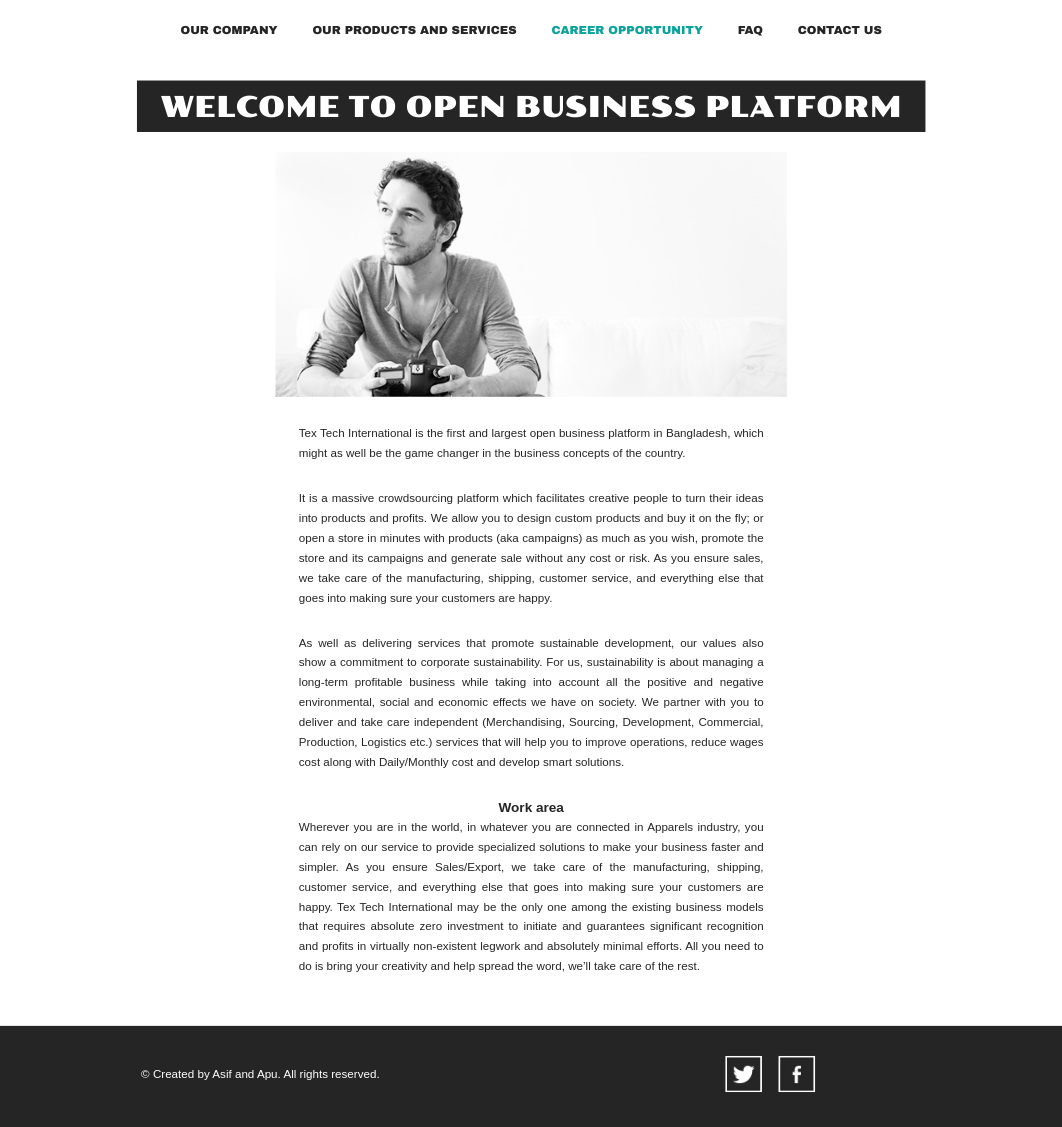
Repository: asifdotpy/textechint
Page: about.html
The author's editor kept a copy of each file at every save. The page is drawn from the files as they stood at one save, then again after the next save.
The browser window is 1280 px wide. The pictures show the whole page, at 83% of full size.

Above is the page before, as saved 2021-02-24 00:48:26.

### about.html
<!doctype html>
<html>
<head>
	<meta charset="UTF-8">
	<meta name="viewport" content="width=device-width, initial-scale=1.0">
	<title>Career Opportunity - Tex Tech International</title>
	<link rel="stylesheet" type="text/css" href="css/style.css">
	<link rel="stylesheet" type="text/css" href="css/mobile.css" media="screen and (max-width : 568px)">
	<script type="text/javascript" src="js/mobile.js"></script>
</head>
<body>
	<div id="header">
		<ul id="navigation">
			<li>
				<a href="index.html">our company</a>
			</li>
			<li>
				<a href="gallery.html">Our Products and services
				</a>
			</li>
			<li class="selected">
				<a href="about.html">career opportunity</a>
			</li>
			<li>
				<a href="blog.html">faq</a>
			</li>
			<li>
				<a href="contact.html">contact us</a>
			</li>
		</ul>
	</div>
	<div id="body">
		<h1><span>Welcome to Open Business Platform</span></h1>
		<div>
			<img src="images/photographer.jpg" alt="">
			<div class="article">
				<!--<h3>Tex Tech International is the first and largest open business platform in Bangladesh</h3>-->
				<p>Tex Tech International is the first and largest open business platform in Bangladesh, which might as well be the game changer in the business concepts of the country. </p>
				<!--<h3>Our goal </h3>-->
				<p>It is a massive crowdsourcing platform which facilitates creative people to turn their ideas into products and profits. We allow you to design custom products and buy it on the fly; or open a store in minutes with products (aka campaigns) as much as you wish, promote the store and its campaigns and generate sale without any cost or risk. As you ensure sales, we take care of the manufacturing, shipping, customer service, and everything else that goes into making sure your customers are happy.</p>
				<!--<h3>Be Part of Our Community</h3>-->
				<p>
					As well as delivering services that promote sustainable development, our values also show a commitment to corporate sustainability. For us, sustainability is about managing a long-term profitable business while taking into account all the positive and negative environmental, social and economic effects we have on society. We partner with you to deliver and take care independent (Merchandising, Sourcing, Development, Commercial, Production, Logistics etc.) services that will help you to improve operations, reduce wages cost along with Daily/Monthly cost and develop smart solutions.

				</p>
				<h3>Work area</h3>
				<p>
					Wherever you are in the world, in whatever you are connected in Apparels industry, you can rely on our service to provide specialized solutions to make your business faster and simpler. As you ensure Sales/Export, we take care of the manufacturing, shipping, customer service, and everything else that goes into making sure your customers are happy. Tex Tech International may be the only one among the existing business models that requires absolute zero investment to initiate and guarantees significant recognition and profits in virtually non-existent legwork and absolutely minimal efforts. All you need to do is bring your creativity and help spread the word, we’ll take care of the rest.

				</p>
			</div>
		</div>
	</div>
	<div id="footer">
		<div>
			<p>&copy; Created by Asif and Apu. All rights reserved.</p>
			<ul>
				<li>
					<a href="http://freewebsitetemplates.com/go/twitter/" id="linkedin">lindedin</a>
				</li>
				<li>
					<a href="https://www.facebook.com/textechint" target="_blank" id="facebook">facebook</a>
			</ul>
		</div>
	</div>
</body>
</html>

### css/style.css
@font-face {
	font-family: 'poller_oneregular';
	src: url('../fonts/pollerone/pollerone-webfont.eot');
	src: url('../fonts/pollerone/pollerone-webfont.eot?#iefix') format('embedded-opentype'),
		 url('../fonts/pollerone/pollerone-webfont.woff') format('woff'),
		 url('../fonts/pollerone/pollerone-webfont.ttf') format('truetype'),
		 url('../fonts/pollerone/pollerone-webfont.svg#poller_oneregular') format('svg');
}
@font-face {
	font-family: 'leckerli_oneregular';
	src: url('../fonts/leckerlione/leckerlione-regular-webfont.eot');
	src: url('../fonts/leckerlione/leckerlione-regular-webfont.eot?#iefix') format('embedded-opentype'),
		 url('../fonts/leckerlione/leckerlione-regular-webfont.woff') format('woff'),
		 url('../fonts/leckerlione/leckerlione-regular-webfont.ttf') format('truetype'),
		 url('../fonts/leckerlione/leckerlione-regular-webfont.svg#leckerli_oneregular') format('svg');
}

body {
	background: #fff;
	font-family: Arial, Helvetica, sans-serif;
	font-size: 14px;
	font-weight: normal;
	line-height: 1;
	margin: 0;
	min-width: 960px;
	padding: 0;
}
p {
	color: #252525;
	line-height: 24px;
	margin: 0;
	padding: 0;
}
p a {
	color: #252525;
	text-decoration: underline;
}
p a:hover {
	color: #898989;
}
#header {
	margin: 0 auto;
	padding: 4px 0 50px;
	text-align: center;
	width: 960px;
}
#header a.logo {
	display: block;
	margin: 0 auto;
	padding: 0;
	width: 340px;
}
#header a.logo img {
	border: 0;
	display: block;
	margin: 0;
	padding: 0;
}
#header ul {
	margin: 0;
	padding: 25px 0 0;
}
#header ul li {
	display: inline;
	list-style: none;
	margin: 0;
	padding: 0 19px;
}
#header ul li a {
	color: #252525;
	display: inline-block;
	font-family: "Arial Black", Gadget, sans-serif;
	font-size: 14px;
	font-weight: normal;
	margin: 0;
	padding: 0 0 3px;
	text-decoration: none;
	text-transform: uppercase;
}
#header ul li a:hover, #header ul li.selected a {
	color: #0ba39c;
}
#body {
	margin: 0;
	padding: 0 0 30px;
	text-align: center;
}
#body h1 {
	color: #fff;
	display: inline;
	font-family: poller_oneregular;
	font-size: 35px;
	font-weight: normal;
	margin: 0;
	padding: 0;
	text-transform: uppercase;
}
#body h1 span {
	background: #252525;
	display: inline-block;
	padding: 15px 28px 12px;
}
#body > div {
	margin: 0 auto;
	padding: 0;
	width: 960px;
}
#body > div img {
	border: 0 auto;
	margin: 24px 0 0;
	padding: 0;
}
#body > div .article {
	margin: 0 auto;
	padding: 30px 30px 0;
	width: 560px;
}
#body > div .article h2 {
	font-family: "Arial Black", Gadget, sans-serif;
	font-size: 25px;
	font-weight: normal;
	margin: 0 0 30px;
}
#body > div .article h3 {
	color: #252525;
	line-height: 24px;
	margin: 0;
	padding: 0;
}
#body > div .article h4 {
	background: #252525;
	color: #fff;
	display: inline-block;
	font-family: "Arial Black", Gadget, sans-serif;
	font-size: 25px;
	font-weight: normal;
	margin: 0 0 30px;
	padding: 8px 27px 10px;
}
#body > div .article p {
	margin: 0 0 30px;
	text-align: justify;
}
#body div div ul {
	margin: 0;
	padding: 24px 10px 0;
	width: 940px;
	list-style-type: none;
}
#body div div ul li {
	border: 2px solid #1a1a1a;
	display: block;
	list-style: none;
	margin: 0 0 13px;
	overflow: hidden;
	padding: 0;
}
#body div ul li .figure {
	border-right: 2px solid #1a1a1a;
	float: left;
	margin: 0;
	padding: 0;
	width: 376px;
}
#body div ul li img {
	border: 0;
	display: block;
	margin: 0;
	padding: 0;
	opacity: 0.8;
	transition: 0.5s ease-in-out;
}
#body div ul li .figure:hover img {
	opacity: 1;
}
#body div ul li div {
	float: left;
	margin: 0;
	padding: 63px 0 20px;
	width: 558px;
}
#body div ul li div h3 {
	color: #252525;
	font-family: "Arial Black", Gadget, sans-serif;
	font-size: 25px;
	font-weight: normal;
	margin: 0;
	padding: 0;
	text-transform: uppercase;
}
#body div ul li div p {
	padding: 30px 30px 18px;
}
#body div ul li div a.more {
	background: #000;
	color: #fff;
	display: inline-block;
	font-family: "Arial Black", Gadget, sans-serif;
	font-size: 18px;
	font-weight: normal;
	margin: 0;
	padding: 8px 28px;
	text-decoration: none;
	text-transform: uppercase;
}
#body div ul li div a.more:hover {
	color: #252525;
	background: #fff;
	border: 2px solid #252525;
}
#body #featured {
	margin: 0 0 13px;
	padding: 0;
	position: relative;
	width: 100%;
}
#body #featured img {
	border: 0;
	display: block;
	margin: 0;
	padding: 0;
	width: 100%;
	height: auto;
}
#body #featured div {
	left: 50%;
	margin-left: -480px;
	margin-top: -171px;
	padding: 0 0 0 470px;
	position: absolute;
	top: 50%;
	text-align: left;
	width: 490px;
}
#body #featured div h2 {
	background: #fff;
	color: #000;
	display: inline-block;
	font-family: poller_oneregular;
	font-size: 20px;
	font-weight: normal;
	margin: 0 0 18px;
	padding: 23px 27px 20px;
	text-transform: uppercase;
}
#body #featured div span {
	background: #252525;
	color: #fff;
	display: inline-block;
	font-size: 20px;
	margin: 7px 0;
	padding: 12px 27px;
}
#body #featured div a {
	background: #0ba39c;
	color: #fff;
	display: inline-block;
	font-size: 16px;
	margin: 15px 0 0;
	padding: 26px 27px 22px;
	text-align: center;
	text-decoration: none;
	text-transform: uppercase;
}
#body #featured div a:hover {
	background: #1fc3bc;
}
#body > ul {
	margin: 0 auto;
	overflow: hidden;
	padding: 24px 0 0;
	width: 960px;
}
#body > ul li {
	display: block;
	float: left;
	margin: 0 10px 20px;
	padding: 0;
	width: 300px;
}
#body > ul li a {
	color: #000;
	display: block;
	font-family: poller_oneregular;
	font-size: 20px;
	font-weight: normal;
	margin: 0;
	padding: 0;
	text-align: center;
	text-decoration: none;
	text-transform: uppercase;
}
#body > ul li a img {
	border: 2px solid #1a1a1a;
	display: block;
	margin: 0;
	padding: 0;
	opacity: .8;
	transition: 0.5s ease-in-out;
}
#body > ul li a:hover img {
	opacity: 1;
}
#body > ul li a span {
	display: block;
	margin: 0;
	padding: 33px 0 0;
}
#body form {
	margin: 0 auto;
	padding: 24px 0 0;
	width: 620px;
}
#body form input, #body form textarea {
	border: 2px solid #252525;
	color: #252525;
	font-family: Arial, Helvetica, sans-serif;
	font-size: 15px;
	font-weight: normal;
	margin: 0 0 37px;
	padding: 20px 10px;
	text-align: center;
	text-transform: uppercase;
	width: 596px;
}
#body form textarea {
	height: 175px;
	overflow: auto;
	resize: none;
}
#body form #send {
	background: #252525;
	color: #fff;
	font-family: "Arial Black", Gadget, sans-serif;
	font-size: 15px;
	font-weight: normal;
	display: inline-block;
	padding: 20px 28px;
	width: auto;
}
#body form #send:hover {
	background: #fff;
	color: #252525;
	cursor: pointer;
}
#footer {
	background: #252525;
	margin: 0;
	padding: 36px 0 42px;
}
#footer div {
	margin: 0 auto;
	overflow: hidden;
	padding: 0;
	width: 960px;
}
#footer div p {
	color: #fff;
	float: left;
	line-height: 44px;
	margin: 0 0 0 10px;
	padding: 0;
}
#footer div ul {
	display: block;
	float: right;
	margin: 0;
	overflow: hidden;
	padding: 0;
	width: 256px;
}
#footer div ul li {
	display: block;
	float: left;
	list-style: none;
	margin: 0 10px;
	padding: 0;
	width: 44px;
}
#footer div ul li a {
	background: url(../images/icons.jpg) no-repeat 0 0;
	display: block;
	height: 44px;
	margin: 0;
	padding: 0;
	text-indent: -99999px;
	width: 44px;
}
#footer div ul li #linkedin {
	background-position: 0 0;
}
#footer div ul li #linkedin:hover {
	background-position: -44px 0;
}
#footer div ul li #facebook {
	background-position: 0 -44px;
}
#footer div ul li #facebook:hover {
	background-position: -44px -44px;
}

div .intro h1 {
	margin: 0px 50px;
	padding: 0px 50px;
	background-color: #0ba39c;
	text-decoration: #1a1a1a;
}

div .intro p {
	margin: 10px;
	padding: 10px;
	font-size: 16px;
}

div .main {
	font-size: 15px;
}



.post-container {
    margin: 20px 20px 0 0;
    border: 5px solid #333;
    overflow: auto
}
.post-thumb {
    float: left;
}
.post-thumb img {
    display: block;
}
.post-content {
    margin-left: 210px
}
.post-title {
    font-weight: bold;
    font-size: 200%
}

div .main {
	text-align: justify;
}

div .article

### js/mobile.js
window.onload = function(){
	var getNavi = document.getElementById('navigation');

	var mobile = document.createElement("span");
	mobile.setAttribute("id","mobile-navigation");
	getNavi.parentNode.insertBefore(mobile,getNavi);

	document.getElementById('mobile-navigation').onclick = function(){
		var a = getNavi.getAttribute('style');
		if(a){
			getNavi.removeAttribute('style');
			document.getElementById('mobile-navigation').style.backgroundImage='url(images/mobile-menu.png)';
		} else {
			getNavi.style.display='block';
			document.getElementById('mobile-navigation').style.backgroundImage='url(images/mobile-close.png)';
		}
	};
	var getElm = getNavi.getElementsByTagName("LI");
	for(var i=0;i<getElm.length;i++){
		if(getElm[i].children.length>1){
			var smenu = document.createElement("span");
			smenu.setAttribute("class","mobile-submenu");
			smenu.setAttribute("OnClick","submenu("+i+")");
			getElm[i].appendChild(smenu);
		};
	};
	submenu = function (i){
		var sub = getElm[i].children[1];
		var b = sub.getAttribute('style');
		if(b){
			sub.removeAttribute('style');
			getElm[i].lastChild.style.backgroundImage='url(images/mobile-expand.png)';
			getElm[i].lastChild.style.backgroundColor='rgba(11, 163, 156, 0.7)';
		} else {
			sub.style.display='block';
			getElm[i].lastChild.style.backgroundImage='url(images/mobile-collapse.png)';
			getElm[i].lastChild.style.backgroundColor='rgba(0,0,0,0.8)';
		}
	};
};

### css/mobile.css
body {
	min-width: 0;
}
#header {
	padding: 20px 0;
	position: relative;
	width: 100%;
}
#header a.logo {
	width: 80%;
}
#header a.logo img {
	width: 100%;
}
#mobile-navigation {
	background: url(../images/mobile-menu.png) no-repeat 0 0;
	display: block;
	height: 50px;
	margin: 30px auto 0;
	padding: 0;
	width: 50px;
}
#header ul {
	border: 1px solid #fff;
	display: none;
	left: 50%;
	margin-left: -45%;
	padding: 0;
	position: absolute;
	width: 90%;
	z-index: 1001;
}
#header ul li {
	border-top: 1px solid #fff;
	display: block;
	margin: 0;
	padding: 0;
	position: relative;
}
#header > ul > li:first-child {
	border: 0;
}
#header ul li a {
	background: rgba(11, 163, 156, 0.9);
	color: #fff;
	display: block;
	font-family: Arial, Helvetica, sans-serif;
	font-size: 16px;
	font-weight: normal;
	height: 49px;
	line-height: 49px;
	padding: 0 15px;
	text-align: left;
}
#header ul li a:hover, #header ul li.selected a {
	background: rgba(0, 0, 0, 0.9);
	color: #fff;
}
#header ul ul {
	display: none;
	border: 0;
	height: auto;
	left: 0;
	margin: 0;
	position: relative;
	width: 100%;
}
#header ul ul li a {
	text-indent: 15px;
}
#header ul li span {
	background: rgba(11, 163, 156, 0.9) url(../images/mobile-expand.png) no-repeat 0 0;
	border-left: 1px solid #fff;
	display: block;
	height: 49px;
	position: absolute;
	right: 0;
	top: 0;
	width: 50px;
}
#body {
	width: 100%;
}
#body h1 {
	display: block;
	font-size: 20px;
	margin: 0 auto;
	width: 90%;
}
#body h1 span {
	display: block;
	padding: 3%;
	width: 94%;
}
#body > div {
	padding: 0 5%;
	width: 90%;
}
#body > div img {
	margin: 24px 0 30px;
	width: 98%
}
#body > div .article {
	padding: 0;
	width: 100%;
}
#body > div .article h2, #body > div .article h4 {
	font-size: 18px;
	font-weight: bold;
}
#body #featured {
	overflow: hidden;
	margin: 0 0 20px
}
#body #featured img {
	min-width: 960px;
}
#body #featured div {
	left: 0;
	margin: 0;
	padding: 0 2%;
	position: absolute;
	top: 0;
	text-align: left;
	width: 96%;
}
#body #featured div h2 {
	font-size: 14px;
	font-weight: normal;
	margin: 50px 0 10px;
	padding: 8px 5px;
}
#body #featured div span {
	display: block;
	font-size: 14px;
	margin: 10px 0;
	padding: 10px;
}
#body #featured div a {
	font-size: 14px;
	margin: 5px 0 0;
	padding: 10px;
}
#body > ul {
	overflow: visible;
	padding: 0 5%;
	width: 90%;
}
#body ul.gallery {
	padding: 5% 0;
	overflow: hidden;
	width: 100%;
}
#body > ul li {
	float: none;
	margin: 0;
	width: 100%;
}
#body ul.gallery li {
	float: left;
	margin: 0 0 5% 5%;
	width: 42%;
}
#body > ul li a img {
	width: 98%;
}
#body > ul li a span {
	padding: 15px 0;
}
#body div ul {
	margin: 0;
	padding: 20px 0 0;
	width: 100%;
}
#body div ul li {
	overflow: visible;
	padding: 0 0 20px;
	width: 99%;
}
#body div ul li .figure {
	border: 0;
	display: block;
	float: none;
	margin: 0 0 20px;
	width: 100%;
}
#body div ul li .figure img {
	width: 100%;
}
#body div ul li div {
	float: none;
	padding: 0;
	width: 100%;
}
#body div ul li div a.more:hover {
	height: 14px;
	line-height: 14px;
}
#body form {
	width: 100%;
}
#body form input, #body form textarea {
	margin: 0 0 20px;
	padding: 10px;
	width: 84%;
}
#body form #send {
	padding: 10px;
}
#footer {
	padding: 10px 0 25px;
}
#footer div {
	overflow: visible;
	width: 100%;
}
#footer div p {
	float: none;
	margin: 0;
	text-align: center;
}
#footer div ul {
	float: none;
	margin: 0 auto;
	width: 256px;
}

After the next save:
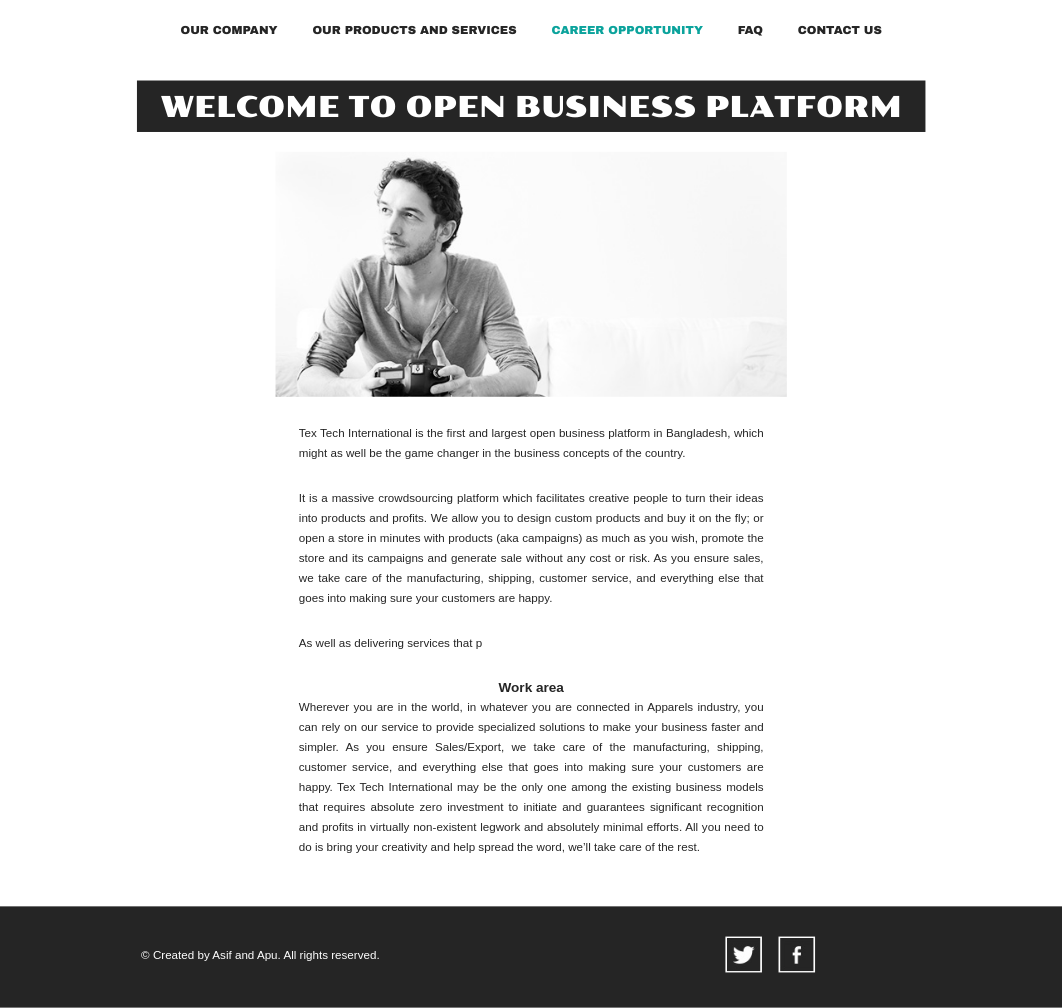
Saved 28 s later.
--- a/about.html
+++ b/about.html
@@ -40,9 +40,7 @@
 				<p>It is a massive crowdsourcing platform which facilitates creative people to turn their ideas into products and profits. We allow you to design custom products and buy it on the fly; or open a store in minutes with products (aka campaigns) as much as you wish, promote the store and its campaigns and generate sale without any cost or risk. As you ensure sales, we take care of the manufacturing, shipping, customer service, and everything else that goes into making sure your customers are happy.</p>
 				<!--<h3>Be Part of Our Community</h3>-->
 				<p>
-					As well as delivering services that promote sustainable development, our values also show a commitment to corporate sustainability. For us, sustainability is about managing a long-term profitable business while taking into account all the positive and negative environmental, social and economic effects we have on society. We partner with you to deliver and take care independent (Merchandising, Sourcing, Development, Commercial, Production, Logistics etc.) services that will help you to improve operations, reduce wages cost along with Daily/Monthly cost and develop smart solutions.
-
-				</p>
+					As well as delivering services that p</p>
 				<h3>Work area</h3>
 				<p>
 					Wherever you are in the world, in whatever you are connected in Apparels industry, you can rely on our service to provide specialized solutions to make your business faster and simpler. As you ensure Sales/Export, we take care of the manufacturing, shipping, customer service, and everything else that goes into making sure your customers are happy. Tex Tech International may be the only one among the existing business models that requires absolute zero investment to initiate and guarantees significant recognition and profits in virtually non-existent legwork and absolutely minimal efforts. All you need to do is bring your creativity and help spread the word, we’ll take care of the rest.
